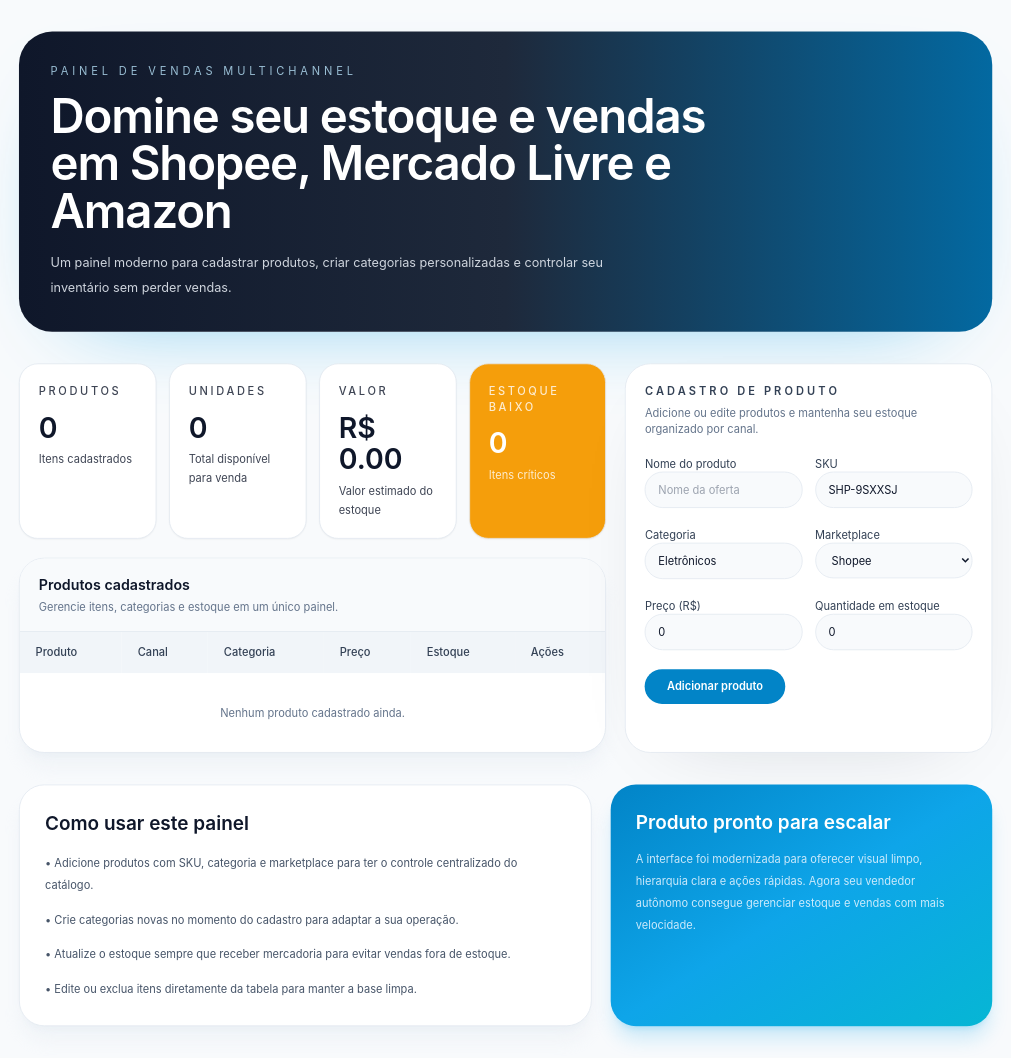
Repository: jorcardjunior/Ponto-Das-Ofertas-
Page: /
These files come from the project's save history. The page is drawn as it stood at one moment and after the next save; the edit follows.
The browser window is 1280 px wide. The pictures show the whole page, at 79% of full size.
The project was rebuilt for these pictures with package versions that can differ from the ones it lists, and the page was loaded fresh each time. The framework's server and built-in components were replaced by stand-ins that run in the browser. Also part of the build but not shown: next.config.js, next.config.mjs.

Above is the page before, as saved 2026-06-07 00:33:19.

After the next save:
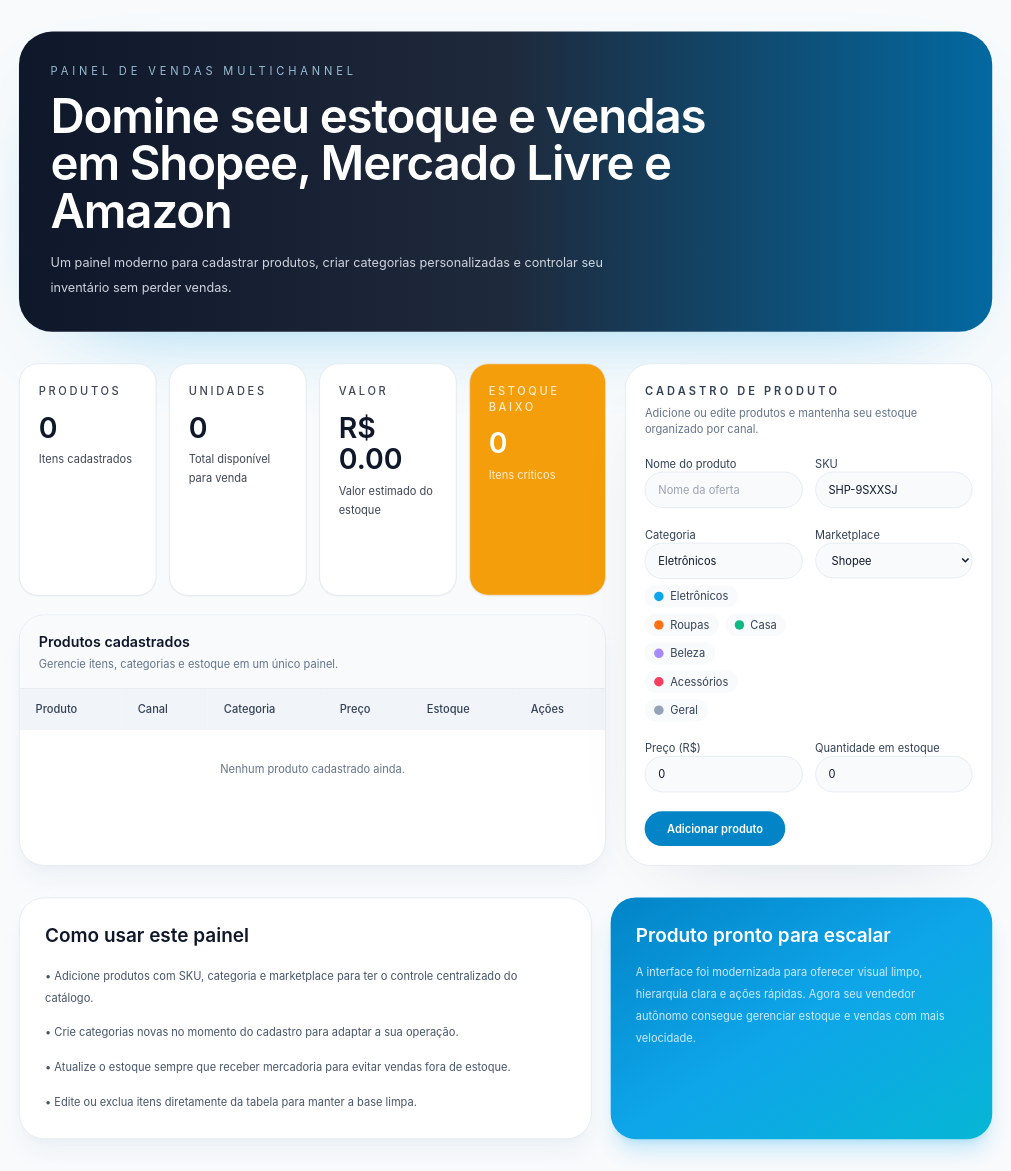
Saved 7 s later.
--- a/components/ProductForm.tsx
+++ b/components/ProductForm.tsx
@@ -100,7 +100,7 @@ export function ProductForm({ categories, marketplaces, onSave, selected, onCanc
       </div>
 
       <div className="grid gap-4 sm:grid-cols-2">
-        <label className="space-y-2 text-sm text-slate-700">
+            <label className="space-y-2 text-sm text-slate-700">
           Categoria
           <input
             list="category-options"
@@ -111,9 +111,18 @@ export function ProductForm({ categories, marketplaces, onSave, selected, onCanc
           />
           <datalist id="category-options">
             {categories.map((option) => (
-              <option key={option} value={option} />
+              <option key={option.name} value={option.name} />
             ))}
           </datalist>
+
+          <div className="mt-2 flex flex-wrap gap-2">
+            {categories.map((c) => (
+              <button key={c.name} type="button" onClick={() => setCategory(c.name)} className="inline-flex items-center gap-2 rounded-full bg-slate-50 px-3 py-1 text-sm">
+                <span className="h-3 w-3 rounded-full" style={{ background: c.color }} />
+                <span className="text-slate-700">{c.name}</span>
+              </button>
+            ))}
+          </div>
         </label>
 
         <label className="space-y-2 text-sm text-slate-700">
